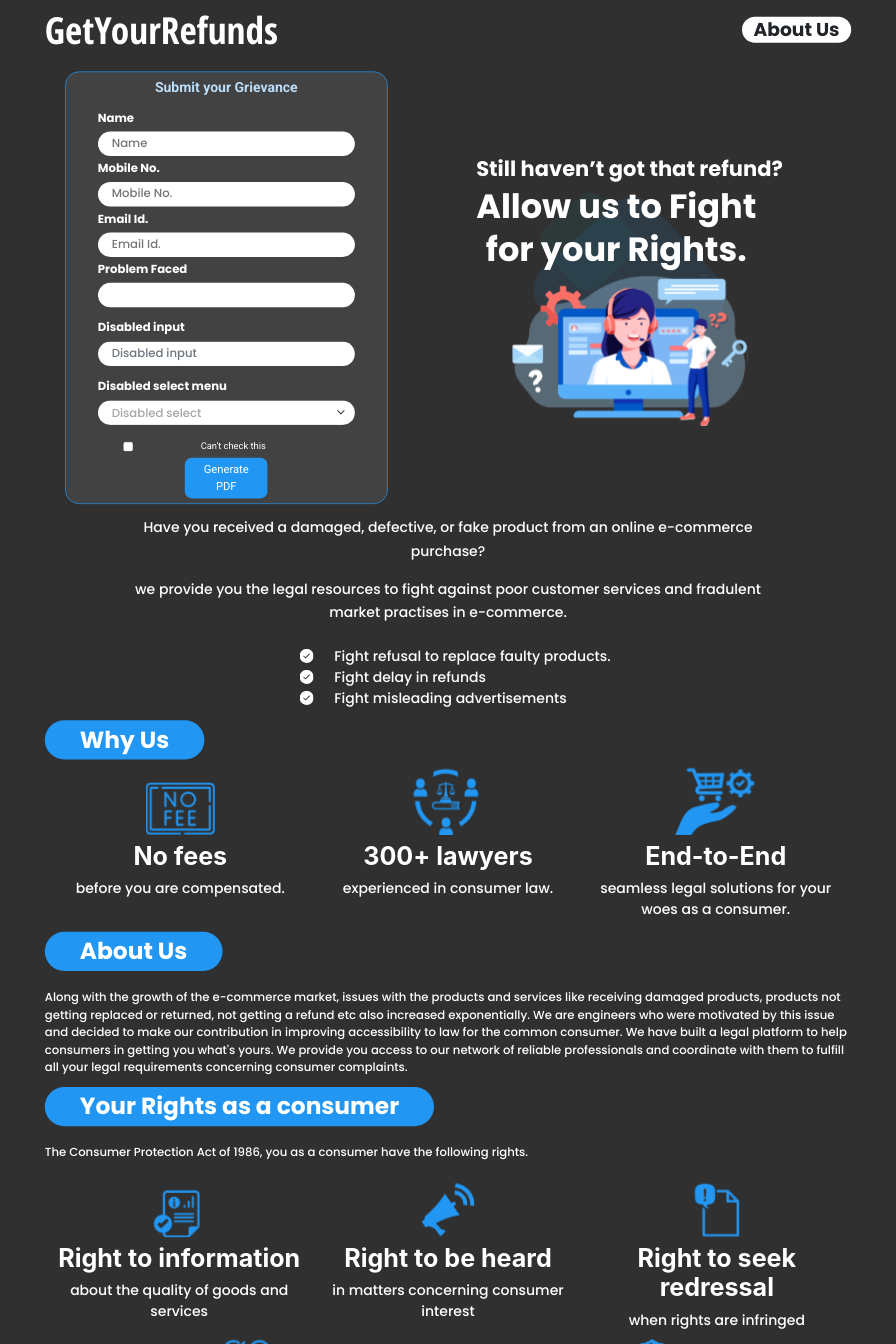
Repository: Eren00Yeager/initial-survey
Page: /consumer-complaints
The author's editor kept a copy of each file at every save. The page is drawn from the files as they stood at one save, then again after the next save.
The browser window is 1280 px wide. The pictures show the part of the page from y = 0 to 1920 px (the page is 2838 px tall before and 2884 px after), at 70% of full size.
Some web fonts or font styles are not loaded; a fallback is used. The project was rebuilt for these pictures with package versions that can differ from the ones it lists, and the page was loaded fresh each time. The framework's server and built-in components were replaced by stand-ins that run in the browser. Also part of the build but not shown: next.config.js.

Above is the page before, as saved 2022-07-14 12:01:20.

After the next save:
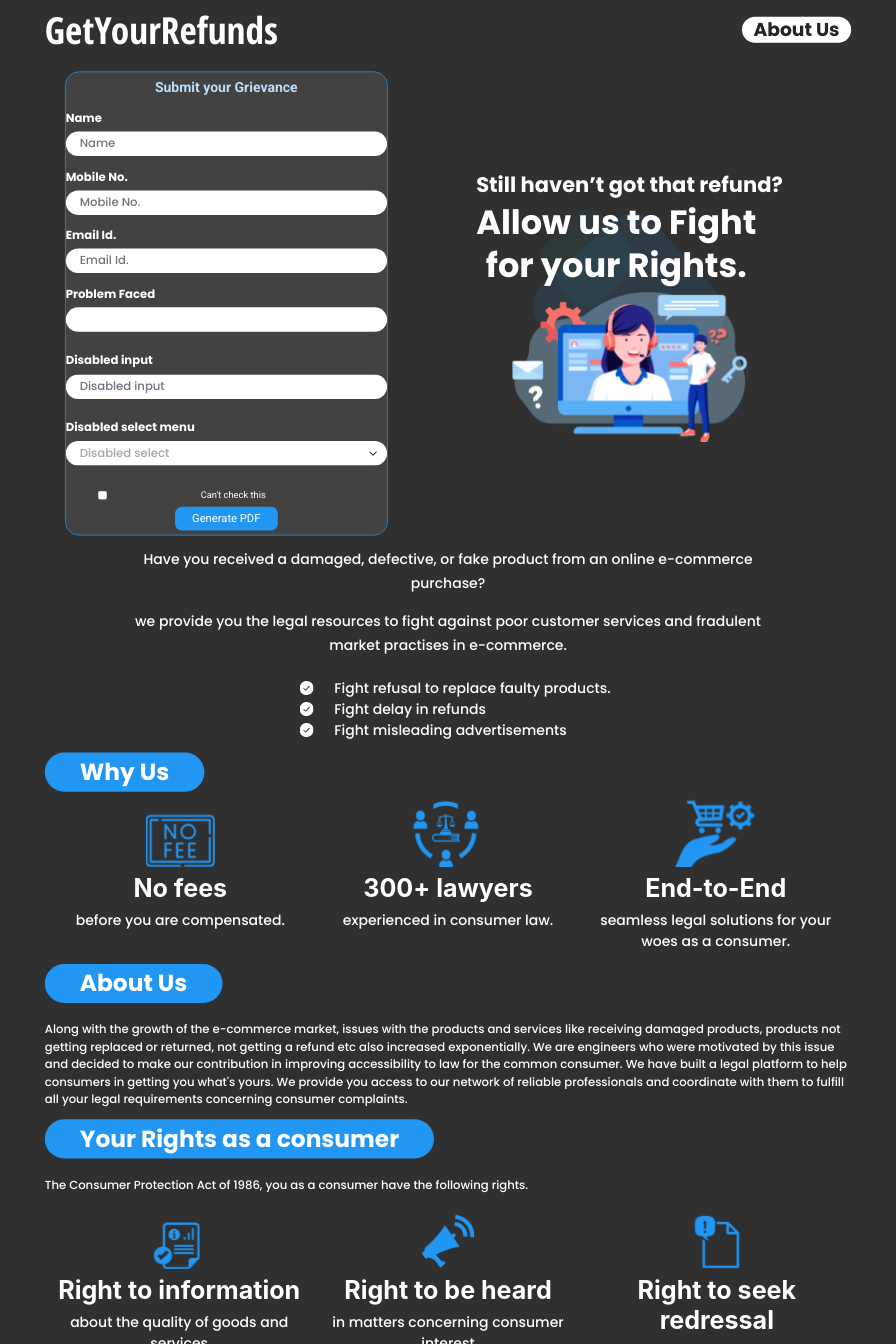
Saved 41 s later.
--- a/pages/consumer-complaints.jsx
+++ b/pages/consumer-complaints.jsx
@@ -118,7 +118,6 @@
             <div className={consumerStyles.grev}>
                 Submit your Grievance
             </div>
-            <div className={consumerStyles.details}>
                 <div className={consumerStyles.det}>
                     <div className={consumerStyles.nam}>Name</div>
                     <input type="text" placeholder="Name" className={consumerStyles.plc} value={name} required onChange={(e) => setName(e.target.value)}></input>
@@ -155,15 +154,11 @@
             </Button>
       </Form.Group>
 
-            </div>
+
             {/* <div className={consumerStyles.terms}>
                 <input className={consumerStyles.sub} type="submit" value="SUBMIT"></input>
             </div> */}
-
-
-
-
-</Form>
+    </Form>
     )
     return (
         <div className={consumerStyles.s}>

After the save that followed:
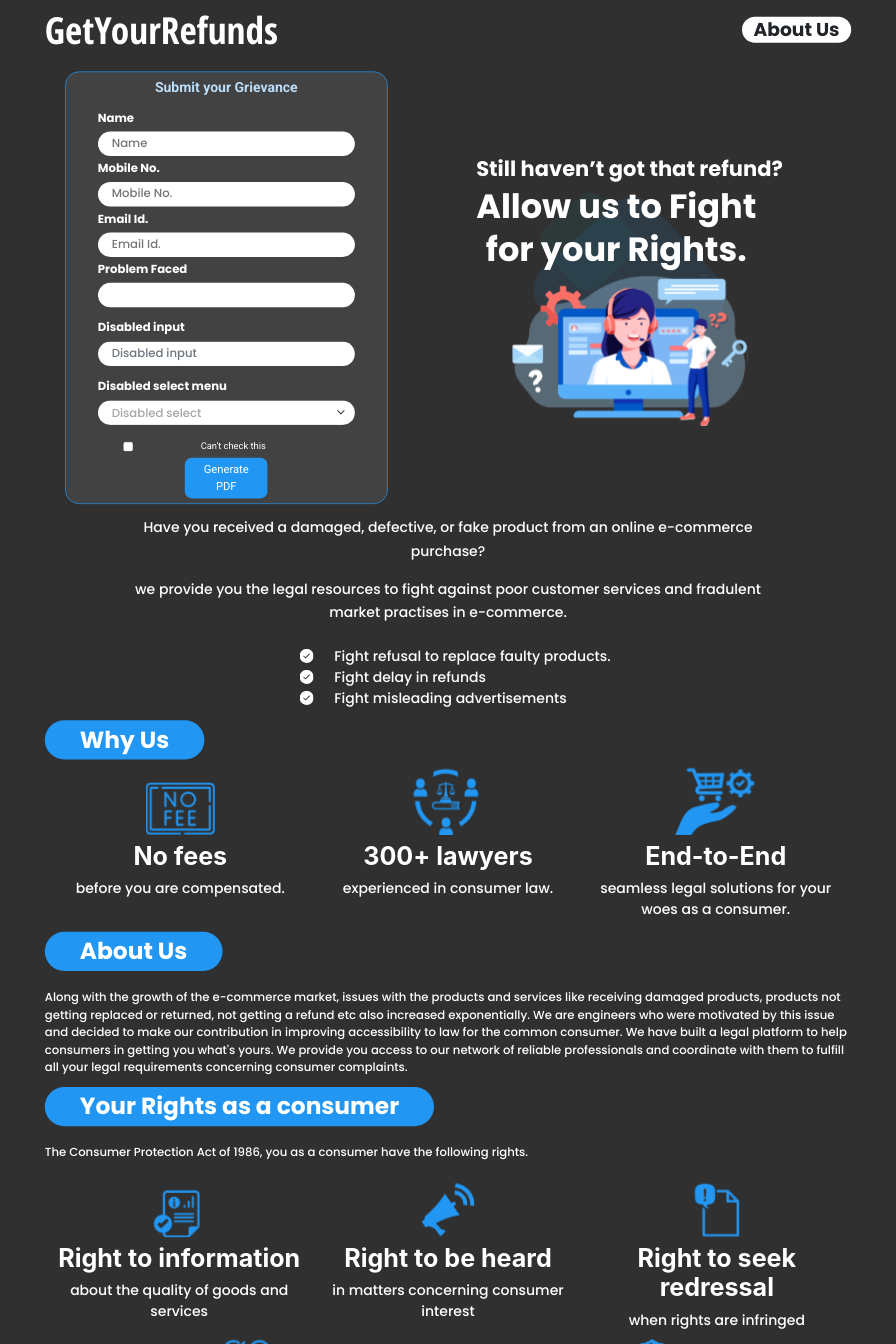
Saved 29 s later.
--- a/pages/consumer-complaints.jsx
+++ b/pages/consumer-complaints.jsx
@@ -118,6 +118,7 @@
             <div className={consumerStyles.grev}>
                 Submit your Grievance
             </div>
+            <div className={consumerStyles.details}>
                 <div className={consumerStyles.det}>
                     <div className={consumerStyles.nam}>Name</div>
                     <input type="text" placeholder="Name" className={consumerStyles.plc} value={name} required onChange={(e) => setName(e.target.value)}></input>
@@ -154,7 +155,7 @@
             </Button>
       </Form.Group>
 
-
+            </div>
             {/* <div className={consumerStyles.terms}>
                 <input className={consumerStyles.sub} type="submit" value="SUBMIT"></input>
             </div> */}
